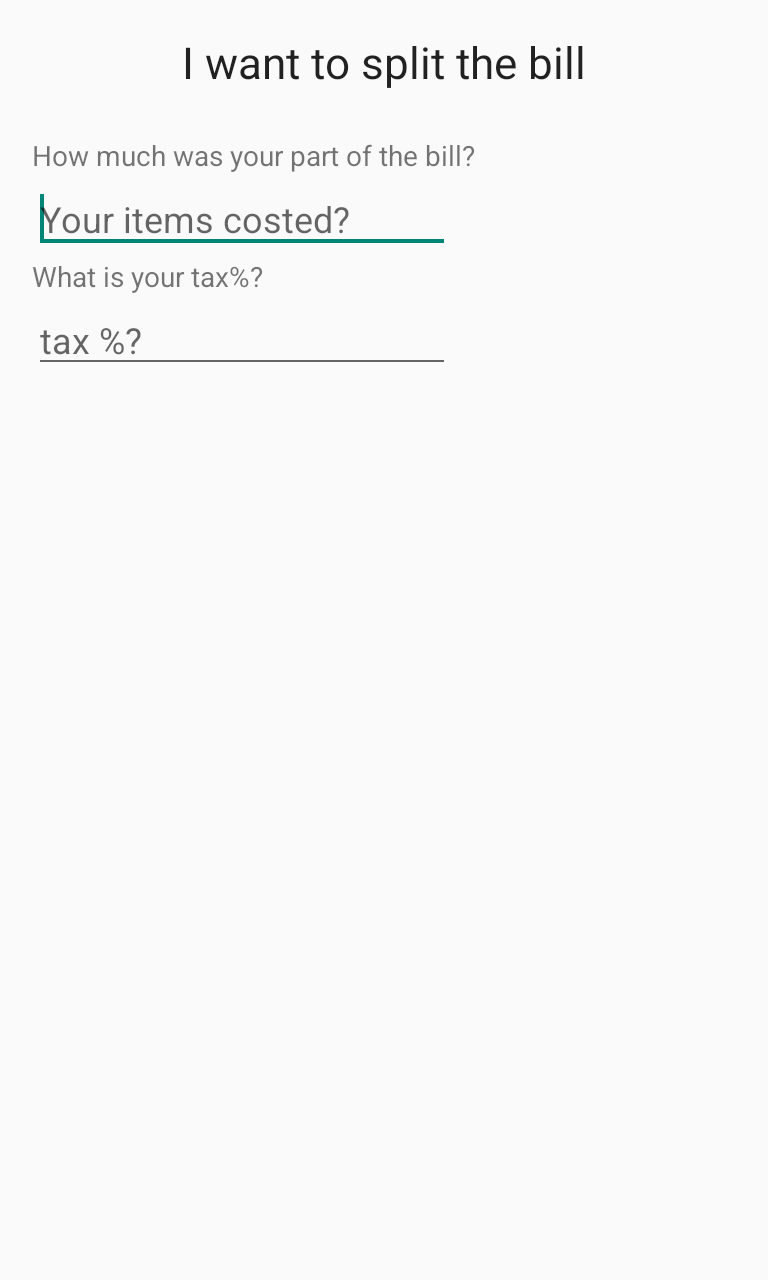
Repository: any027/BillHelper
Layout: BillHelper/res/layout/split_bill.xml
These files come from the project's save history. The layout is drawn as it stood at one moment and after the next save; the edit follows.
It is drawn on a 768 x 1280 px phone screen (xhdpi) without system bars, with theme AppTheme; the app's code is not run.

Above is the layout before, as saved 2015-07-04 03:43:37.

### BillHelper/res/layout/split_bill.xml
<RelativeLayout xmlns:android="http://schemas.android.com/apk/res/android"
    xmlns:tools="http://schemas.android.com/tools"
    android:layout_width="match_parent"
    android:layout_height="match_parent"
    android:paddingBottom="@dimen/activity_vertical_margin"
    android:paddingLeft="@dimen/activity_horizontal_margin"
    android:paddingRight="@dimen/activity_horizontal_margin"
    android:paddingTop="@dimen/activity_vertical_margin"
    tools:context="com.example.billhelper.MainActivity$PlaceholderFragment" >

    <TextView
        android:id="@+id/section_label"
        android:layout_width="wrap_content"
        android:layout_height="wrap_content" />

    <TextView
        android:id="@+id/splitTitle"
        android:layout_width="wrap_content"
        android:layout_height="wrap_content"
        android:layout_centerHorizontal="true"
        android:text="@string/splitting"
        android:textAppearance="?android:attr/textAppearanceLarge" />

    <TextView
        android:id="@+id/myPartOfBill"
        android:layout_width="wrap_content"
        android:layout_height="wrap_content"
        android:layout_alignLeft="@+id/section_label"
        android:layout_below="@+id/section_label"
        android:layout_marginTop="33dp"
        android:text="@string/my_part"
        />

    <EditText
        android:id="@+id/myPartOfBillEdit"
        android:layout_width="wrap_content"
        android:layout_height="wrap_content"
        android:layout_alignLeft="@+id/myPartOfBill"
        android:layout_below="@+id/myPartOfBill"
        android:ems="10"
        android:inputType="numberDecimal"
        android:hint="Your items costed?">

        <requestFocus />
    </EditText>

    <TextView
        android:id="@+id/What is tax?"
        android:layout_width="wrap_content"
        android:layout_height="wrap_content"
        android:layout_alignLeft="@+id/myPartOfBillEdit"
        android:layout_below="@+id/myPartOfBillEdit"
        android:text="@string/tax" />

    <EditText
        android:id="@+id/editText1"
        android:layout_width="wrap_content"
        android:layout_height="wrap_content"
        android:layout_alignLeft="@+id/What is tax?"
        android:layout_below="@+id/What is tax?"
        android:ems="10"
        android:inputType="numberDecimal"
        android:hint="tax %?"/>

</RelativeLayout>

### BillHelper/res/values/strings.xml
<?xml version="1.0" encoding="utf-8"?>
<resources>

    <string name="app_name">Bill helper</string>
    <string name="title_section1">Home Screen</string>
    <string name="title_section2">How much do I tip?</string>
    <string name="title_section3">How much did I tip?</string>
    <string name="title_section4">I want to split the Bill</string>
    <string name="navigation_drawer_open">Open navigation drawer</string>
    <string name="navigation_drawer_close">Close navigation drawer</string>
    <string name="action_example">Example action</string>
    <string name="action_settings">Settings</string>
    <string name="welcome">Welcome to Bill Helper!</string>
    <string name="welcome_question">What do you need help with?</string>
    <string name="did_i_tip">How much did I tip?</string>
    <string name="do_i_tip">How much is tip?</string>
    <string name="splitting">I want to split the bill</string>
    <string name="bill_total">What was the total?</string>
    <string name="percent_tip">How much do you want to tip?</string>
    <string name="my_part">"How much was your part of the bill?</string>
    <string name="tax">What is your tax%?</string>

</resources>

Loaded but not shown: BillHelper/res/values/styles.xml (common file); BillHelper/res/values-v11/styles.xml (common file); BillHelper/res/values-v14/styles.xml (common file); BillHelper/res/values/dimens.xml (common file); BillHelper/res/values-w820dp/dimens.xml (common file)

After the next save:
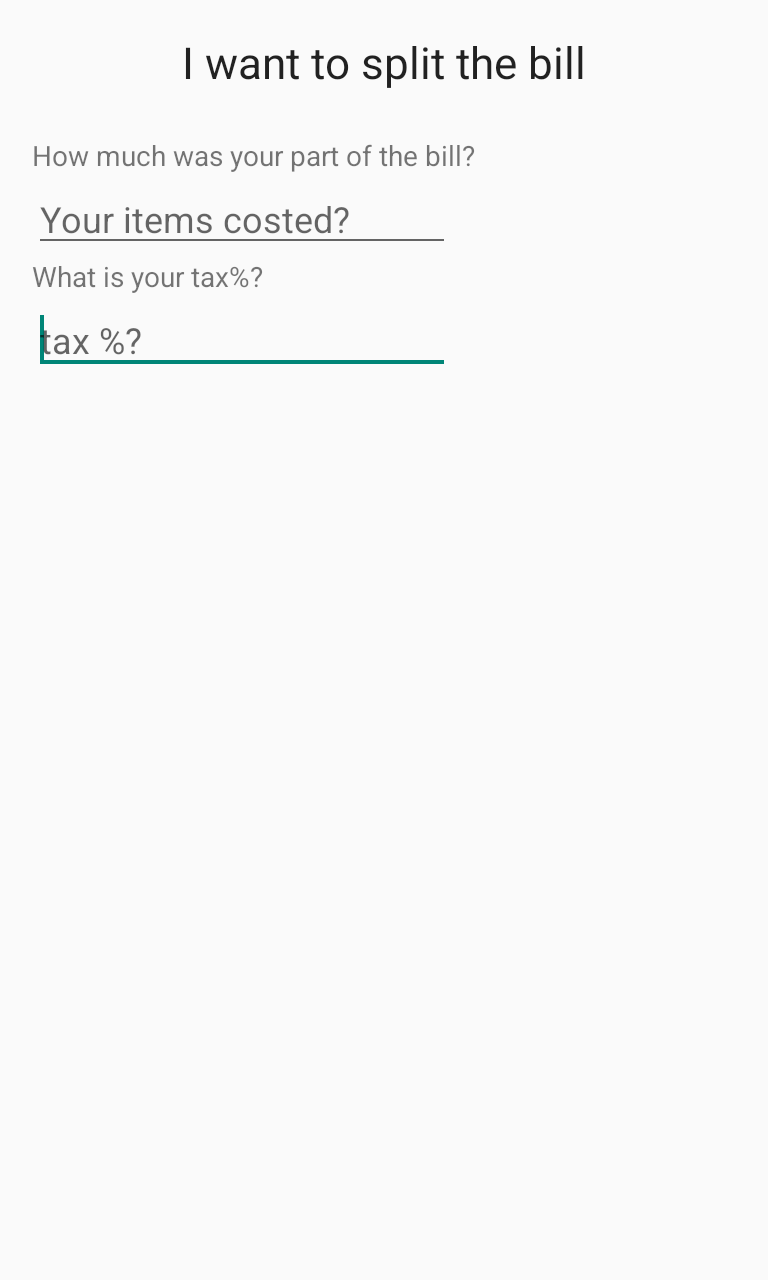
Saved 28 s later.
--- a/BillHelper/res/layout/split_bill.xml
+++ b/BillHelper/res/layout/split_bill.xml
@@ -60,6 +60,9 @@
         android:layout_below="@+id/What is tax?"
         android:ems="10"
         android:inputType="numberDecimal"
-        android:hint="tax %?"/>
+        android:hint="tax %?" >
+
+        <requestFocus />
+    </EditText>
 
 </RelativeLayout>
